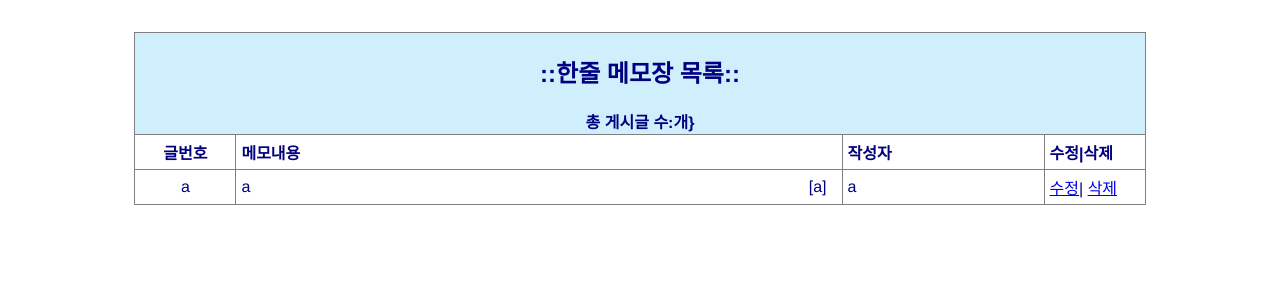
Repository: Jayking0215/myjava
Page: http://localhost/SpringWeb/WEB-INF/views/memo/list.jsp
These files come from the project's save history. The page is drawn as it stood at one moment and after the next save; the edit follows.
The browser window is 1280 px wide. The pictures show the whole page.
The page is served by Tomcat 9. Nobody is signed in. The template is opened directly, without the code that normally fills it, so the values that code supplies are empty.

Above is the page before, as saved 2023-05-02 04:08:51.

After the next save:
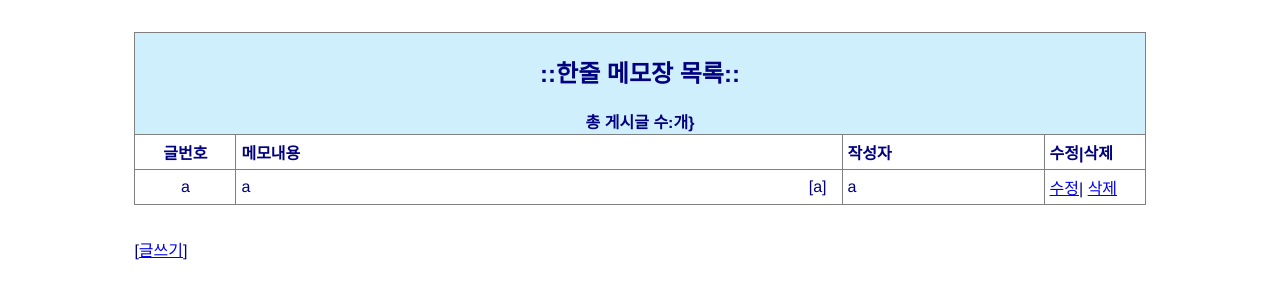
Saved 2 min 52 s later.
--- a/SpringWorkspace/SpringWeb/src/main/webapp/WEB-INF/views/memo/list.jsp
+++ b/SpringWorkspace/SpringWeb/src/main/webapp/WEB-INF/views/memo/list.jsp
@@ -33,8 +33,10 @@
 				<a href="memoDel?no=1">삭제</a>
 			</td>
 		</tr>
-
 	</table>
+	<p>
+		[<a href="memo">글쓰기</a>]
+	</p>
 </div>
 
 </body>
